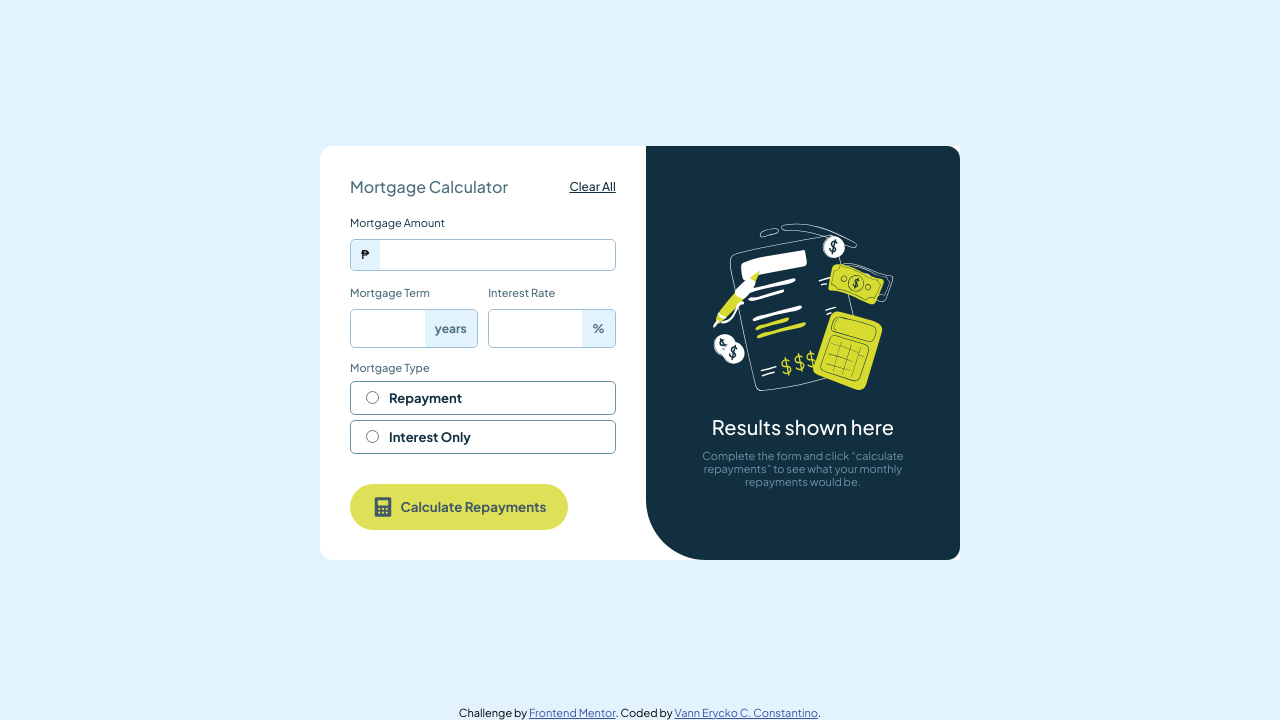
Repository: kocokoy/mortgage-repayment-calculator
Page: index.html
The author's editor kept a copy of each file at every save. The page is drawn from the files as they stood at one save, then again after the next save.
The browser window is 1280 px wide. The pictures show the whole page.
The pointer rests on the first visible `.mortgage-calculator-button`.

Above is the page before, as saved 2024-10-30 09:39:24.

### index.html
<!DOCTYPE html>
<html lang="en">
<head>
  <meta charset="UTF-8">
  <meta name="viewport" content="width=device-width, initial-scale=1.0"> <!-- displays site properly based on user's device -->

  <link rel="icon" type="image/png" sizes="32x32" href="./assets/images/favicon-32x32.png">
  <link rel="stylesheet" href="/styles/style.css">
  <link rel="preconnect" href="https://fonts.googleapis.com">
<link rel="preconnect" href="https://fonts.gstatic.com" crossorigin>
<link href="https://fonts.googleapis.com/css2?family=Karla:ital,wght@0,200..800;1,200..800&family=Plus+Jakarta+Sans:ital,wght@0,200..800;1,200..800&family=Red+Hat+Text:ital,wght@0,300..700;1,300..700&display=swap" rel="stylesheet">

  <title>Frontend Mentor | Mortgage repayment calculator</title>
</head>
<body>
  <div class="container">
    <div class="container-card">
      <div class="mortgage-calculator-side">
        <div class="mortgage-calculator-header">
          <p>Mortgage Calculator</p>
          <button>Clear All</button>
        </div>
        <div class="mortgage-calculator-amount">
          <p>Mortgage Amount</p>
          <label class="mortgage-calculator-amount-input">
            <div class="peso-logo">&#8369;</div>
            <input type="text" class="jsMortageAmount">
          </label>
          <div class="field-require-text">
            this field is required
          </div>
        </div>
        <div class="mortgage-calculator-term-and-interest">
          <div class="mortgage-calculator-term-section">
            <p>Mortgage Term</p>
            <div class="mortgage-calculator-term-section-mortgage">
              <input type="text" name="" id="" class="jsMortgageTerm">
              <div>years</div>
            </div>
            <div class="field-require-text">
              this field is required
            </div>
          </div>
          <div class="mortgage-calculator-term-section">
            <p>Interest Rate</p>
            <div class="mortgage-calculator-term-section-mortgage">
              <input type="text" name="" id="" class="jsMortgageInterest">
              <div>%</div>
            </div>
            <div class="field-require-text">
              this field is required
            </div>
          </div>
        </div>
        <div class="mortgage-calculator-type">
          <p>Mortgage Type</p>
          <label class="mortgage-calculator-type-radio">
            <input class="mortgage-calculator-type-radio-repayment jsRepaymentRadio" type="radio">
            <div>Repayment</div>
          </label>
          <label class="mortgage-calculator-type-radio">
            <input class="mortgage-calculator-type-radio-interest jsRepaymentInterest"  type="radio">
            <div>Interest Only</div>
          </label>
        </div>
        <div class="mortgage-calculator-button">
          <button class="jsCalculateRepayments">
            <div>
              <img src="/assets/images/icon-calculator.svg" alt="">
              <p>Calculate Repayments</p>
            </div>
          </button>
        </div>
      </div>
      <div class="result-side">
        <div class="result-empty">
          <div>
            <img src="/assets/images/illustration-empty.svg" alt="">
          </div>
          <div class="result-side-title">Results shown here</div>
          <div class="result-side-text">  Complete the form and click “calculate repayments” to see what
            your monthly repayments would be.</div>
        </div>
      </div>
    </div>
  </div>


  <div class="attribution">
    Challenge by <a href="https://www.frontendmentor.io?ref=challenge">Frontend Mentor</a>.
    Coded by <a href="#">Vann Erycko C. Constantino</a>.
  </div>
  <script src="/javascripts/script.js"></script>
</body>
</html>

### styles/style.css
:root{
/* Primary */

--lime: hsl(61, 70%, 52%);
--red: hsl(4, 69%, 50%);

/* Neutral */

--white: hsl(0, 0%, 100%);
--slate100: hsl(202, 86%, 94%);
--slate300: hsl(203, 41%, 72%);
--slate500: hsl(200, 26%, 54%);
--slate700: hsl(200, 24%, 40%);
--slate900: hsl(202, 55%, 16%);
}

.attribution {
  font-size: 11px; text-align: center;
 }
.attribution a {
  color: hsl(228, 45%, 44%);
 }

 *{
  font-family: Plus Jakarta Sans;
 }

body{
  margin: 0;
  padding: 0;
  background-color: var(--slate100);
}
.container{
  height: 98vh;
  display: flex;
  flex-direction: column;
  justify-content: center;
  align-items: center;
}
.container-card{
  display: flex;
  flex-direction: row;
  height: auto;
  width: 50%;
  background-color: var(--white);
  border-bottom-left-radius: 13px;
  border-top-left-radius: 13px;
}

.field-require-text{
  margin-top: 10px;
  color: var(--red);
  font-size: 10px;
  font-weight: 900;
  margin-bottom: 3px;
  display: none;
}
.mortgage-calculator-side{
  height: auto;
  width: auto;
  background-color: var(--white);
  border-bottom-left-radius: 13px;
  border-top-left-radius: 13px;
  padding: 30px;

}
.result-side{
  height: auto;
  width: 70%;
  padding: 30px;
  overflow: hidden;
  background-color: var(--slate900);
  border-bottom-left-radius: 60px;
  border-bottom-right-radius: 13px;
  border-top-right-radius: 13px;
  display: flex;
  flex-direction: column;
  justify-content: center;
  align-items: center;

}

/*Mortgage Calculator Header */
.mortgage-calculator-header{
  display: flex;
  flex-direction: row;
  align-items: center;
  justify-content: space-between;
}
.mortgage-calculator-header p{
 margin: 0;
 font-weight: 500;
 color: var(--slate700);
}
.mortgage-calculator-header button{
 margin: 0;
 font-weight: 500;
 font-size: 12px;
 color: var(--slate900);
 background-color: var(--white);
 text-decoration: underline;
 cursor: pointer;
 border: none;
 padding: 0;
}

/*Mortgage Calculator Amount  */
.mortgage-calculator-amount{
  padding-top: 19px ;
  display: flex;
  flex-direction: column;
  margin-bottom: 15px;
}
.mortgage-calculator-amount p{
  margin: 0;
  font-size: 11px;
  color: var(--slate900);
  padding-bottom: 10px;
}

.mortgage-calculator-amount-input{
  display: flex;
  flex-direction: row;
  height: 30px;
  border: 1px solid var(--slate300);
  border-radius: 5px;
}

.mortgage-calculator-amount-input:hover{
  border: 1px solid var(--slate900);
  transition: 0.1s;
}

.mortgage-calculator-amount-input:focus-within {
  border-color: var(--lime);
}

.mortgage-calculator-amount-input:focus-within .peso-logo {
  background-color: var(--lime);
}

.mortgage-calculator-amount-input .peso-logo{
  background-color: var(--slate100);
  height: 100%;
  width: 35px;
  display: flex;
  justify-content: center;
  align-items: center;
  font-size: 12px;
  font-weight: 500;
  border: none;
  border-top-left-radius: 5px;
  border-bottom-left-radius: 5px;
}
.mortgage-calculator-amount-input input{
  width: 100%;
  border: none;
  border-top-right-radius: 5px;
  border-bottom-right-radius: 5px;
  padding: 0 10px;
  font-weight: 700;
}

.mortgage-calculator-amount-input input:focus{
  outline: none;
}

/* Mortgage Calculator Mortgage Term and Interest Rate */

.mortgage-calculator-term-and-interest{
  display: flex;
  flex-direction: row;
  width: 100;
  justify-content: space-between;
}
.mortgage-calculator-term-section{
  width: 48%;
}
.mortgage-calculator-term-section p{
  margin: 0;
  font-size: 11px;
  color: var(--slate700);
  padding-bottom: 10px;
  font-weight: 500;
}

.mortgage-calculator-term-section-mortgage{
  display: flex;
  flex-direction: row;
  border: 1px solid var(--slate300);
  border-radius: 5px;
}

.mortgage-calculator-term-section-mortgage input{
  width: 90%;
  padding: 10px;
  font-weight: 700;
  border: none;
  border-top-left-radius: 5px;
  border-bottom-left-radius: 5px;
  accent-color: green;
}
.mortgage-calculator-term-section-mortgage div{
  width: auto;
  background-color: var(--slate100);
  color: var(--slate700);
  font-size: 12px;
  display: flex;
  justify-content: center;
  align-items: center;
  font-weight: 700;
  padding: 7px 10px;
  border-top-right-radius: 5px;
  border-bottom-right-radius: 5px;
}

.mortgage-calculator-term-section-mortgage input:focus{
  outline: none;
}

/* Mortgage Calculator Type */
.mortgage-calculator-type{
  display: block;
  margin-top: 13px;
}

.mortgage-calculator-type p{
  margin: 0;
  font-size: 11px;
  color: var(--slate700);
  padding-bottom: 2px;
  font-weight: 500;
}

.mortgage-calculator-type-radio{
  border: 1px solid var(--slate500);
  display: flex;
  flex-direction: row;
  justify-content: start;
  align-items: center;
  padding: 8px 5px ;
  margin-top: 5px;
  border-radius: 5px;
}
.mortgage-calculator-type-radio:hover{
  border: 1px solid var(--lime);
  transition: 0.3s;
  cursor: pointer;
}
.mortgage-calculator-type-radio-clicked{
  border: 1px solid var(--lime);
  background-color: hsla(61, 70%, 52%, 0.1);
  transition: 0.3s;
}

.mortgage-calculator-type-radio-repayment{
  margin: 0 10px;
}

input[type="radio"]{
  accent-color: var(--lime);
  border: none;
}

.mortgage-calculator-type-radio-interest{
  margin: 0 10px;
}

.mortgage-calculator-type-radio div{
  font-size: 13px;
  font-weight: 700;
  color: var(--slate900);
}

/* Mortgage Calculator Type Button */

.mortgage-calculator-button{
  margin-top: 30px;
  display: flex;
  justify-content: start;
  align-items: start;
  transition: 0.3s;
}
.mortgage-calculator-button:hover{
  opacity: 80%;
}

.mortgage-calculator-button button{
  display: flex;
  flex-direction: row;
  background-color: var(--lime);
  color: var(--slate900);
  border: none;
  border-radius: 100px;
  width: 82%;
  cursor: pointer;
}

.mortgage-calculator-button button img{
  margin: 0;
  display: flex;
  justify-content: center;
}

.mortgage-calculator-button button p{
  font-weight: 700;
  margin-left: 5px;
}
.mortgage-calculator-button button div{
  display: flex;
  justify-content: center;
  width: 100%;
}

/* Result Side */
.result-empty{
  display: flex;
  flex-direction: column;
  justify-content: center;
  align-items: center;

}
.result-side-title{
  color: var(--white);
  font-weight: 500;
  font-size: 20px;
}
.result-side-text{
  margin-top: 10px;
  color: var(--slate500);
  font-size: 11px;
  text-align: center;
}

### javascripts/script.js
const calculateButton = document.querySelector('.jsCalculateRepayments');
const mortgageAmountElement = document.querySelector('.jsMortageAmount');
const mortgageTermElement = document.querySelector('.jsMortgageTerm');
const mortgageInterestElement = document.querySelector('.jsMortgageInterest');
// radio buttons
const repaymentRadioElement = document.querySelector('.jsRepaymentRadio');
const interestRadioElement = document.querySelector('.jsRepaymentInterest');


calculateButton.addEventListener('click', () => {
  console.log(mortgageAmountElement.value);
  console.log(mortgageTermElement.value);
  console.log(mortgageInterestElement.value);

})



let repaymentRadioClicked = false;
let interestRadioClicked = false;

const repaymentParentLabel = repaymentRadioElement.parentElement;
const interestParentLabel = interestRadioElement.parentElement;

repaymentRadioElement.addEventListener('click', () =>{
  if(repaymentRadioClicked){
    repaymentParentLabel.classList.remove('mortgage-calculator-type-radio-clicked');
    repaymentRadioElement.checked = false;
    repaymentRadioClicked = false;
  }else{
    repaymentRadioClicked = true;
    repaymentParentLabel.classList.add('mortgage-calculator-type-radio-clicked');
    interestParentLabel.classList.remove('mortgage-calculator-type-radio-clicked');
    interestRadioElement.checked = false;
    interestRadioClicked = false;
  }
});

interestRadioElement.addEventListener('click', () =>{
  if(interestRadioClicked){
    interestParentLabel.classList.remove('mortgage-calculator-type-radio-clicked');
    interestRadioElement.checked = false;
    interestRadioClicked = false;
  }else{
    repaymentParentLabel.classList.remove('mortgage-calculator-type-radio-clicked');
    interestParentLabel.classList.add('mortgage-calculator-type-radio-clicked');
    interestRadioClicked = true;
    repaymentRadioElement.checked = false;
    repaymentRadioClicked = false;
  }
});

After the next save:
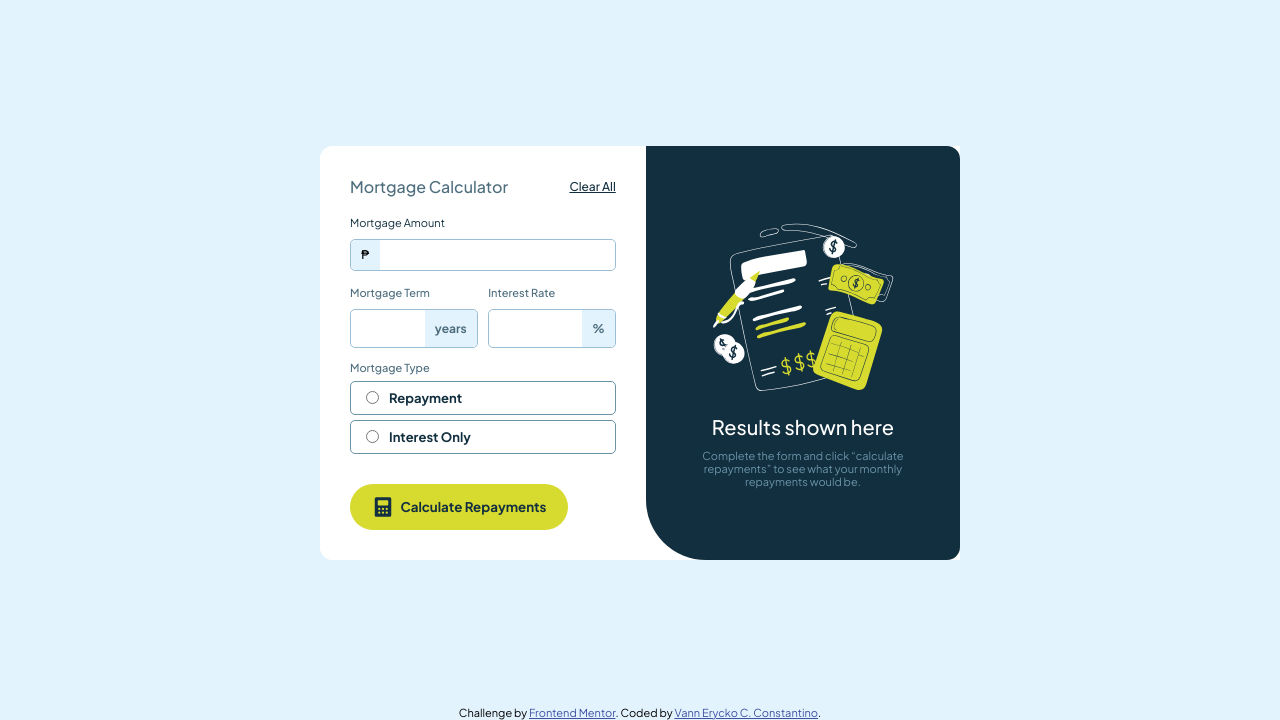
Saved 84 s later.
--- a/styles/style.css
+++ b/styles/style.css
@@ -281,9 +281,6 @@ input[type="radio"]{
   align-items: start;
   transition: 0.3s;
 }
-.mortgage-calculator-button:hover{
-  opacity: 80%;
-}
 
 .mortgage-calculator-button button{
   display: flex;
@@ -294,6 +291,10 @@ input[type="radio"]{
   border-radius: 100px;
   width: 82%;
   cursor: pointer;
+}
+
+.mortgage-calculator-button button:hover{
+  opacity: 80%;
 }
 
 .mortgage-calculator-button button img{
